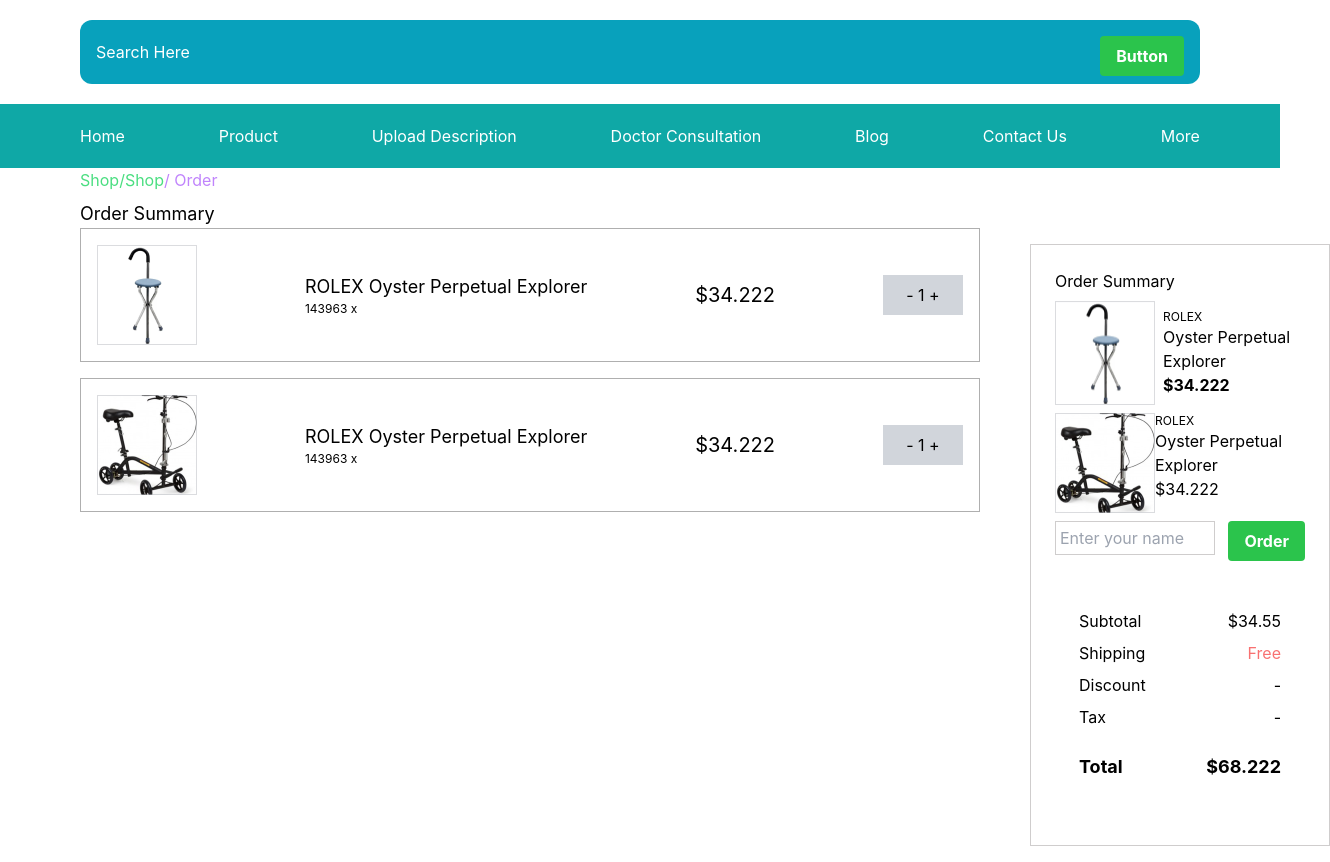
Repository: arafatmollah/pharma
Page: /
These files come from the project's save history. The page is drawn as it stood at one moment and after the next save; the edit follows.
The browser window is 1280 px wide. The page is 1330 px wide, so the pictures cover 1330 px, including what lies to the right of the window. The pictures show the whole page.
The project was rebuilt for these pictures with package versions that can differ from the ones it lists, and the page was loaded fresh each time.

Above is the page before, as saved 2023-03-12 23:42:25.

### src/App.js

import './App.css';
import Nav from './Nav';
import Order from './Order';

function App() {
  return (
    <div className="App">
      <Nav></Nav>
      <Order></Order>
    </div>
  );
}

export default App;

### src/App.css
.box-border{
    background-color: #08A1BC;
}
.btn {
    @apply font-bold py-2 px-4 rounded;
    background-color: #2BC44C;
    color: white;
  }
  .btn-blue {
    @apply bg-blue-500 text-white;
  }
  .btn-blue:hover {
    @apply bg-blue-700;
  }
.nav{
    background-color: #0FA8A6;
}
.order{
    border: 1px solid rgb(175, 175, 175);
    border: 100%;
}
.list{
  display: grid;
  grid-template-columns: 900px 300px;
  grid-gap: 50px;
}
.form{
  border: 1px solid rgb(207, 205, 205);
  padding: 4px;
}
lr{
  border-top: 1px sold gray;
}
.summary{
  border: 1px solid rgb(207, 205, 205);
}

### src/Nav.js
import React from 'react'
import './App.css';

function Nav() {
  return (
    <div>
        <div className='box-border h-16 w-100 p-4 mx-20 my-5 rounded-xl'>
          <div className='flex justify-between align-middle'>
                <p className='text-white mt-1'>Search Here</p>
                <button class="btn mb-1"> Button</button>
          </div>
        </div>
        <div className='box-border h-16 w-100 nav'>
            <div className='flex mx-20 items-center justify-between text-white'>
            <div className='mt-5'>Home</div>
            <div className='mt-5'> Product</div>
            <div className='mt-5'>Upload Description</div>
            <div className='mt-5'>Doctor Consultation</div>
            <div className='mt-5'>Blog</div>
            <div className='mt-5'>Contact Us</div>
            <div className='mt-5'>More</div>
            </div>
        </div>
    </div>
  )
}

export default Nav

### src/Order.js
import React from 'react'
import img from './images/img.png'
import im from './images/im.png'

function order() {
  return (
    <div>
        <div className='flex mx-20'>
            <p className='text-green-400'>Shop</p>
            <p className='text-green-400'>/Shop</p>
            <p className='text-purple-400'>/ Order</p>
        </div>
        <div className='mt-2 mx-20'>
          <h3 className='text-lg'>Order Summary</h3>
        </div>
        <div className='mx-20 list'>
          <div>
          <div className='flex border-box p-4 w-100 order justify-center items-center justify-between'>
            <div>
              <img src={img}></img>
            </div>
            <div>
              <h1 className='text-lg'>ROLEX Oyster Perpetual Explorer</h1>
              <p className='text-xs'>143963 x</p>
            </div>
            <div>
              <h3 className='text-xl'>$34.222</h3>
            </div>
            <div className='bg-gray-300 h-10 w-20 flex justify-center items-center'>
                - 1 +
              </div>
          </div>
          <div className='flex border-box p-4 order mt-4 justify-between justify-center items-center'>
            <div>
              <img src={im}></img>
            </div>
            <div>
              <h1 className='text-lg'>ROLEX Oyster Perpetual Explorer</h1>
              <p className='text-xs'>143963 x</p>
            </div>
            <div>
              <h3 className='text-xl'>$34.222</h3>
            </div>
            <div>
              <div className='bg-gray-300 h-10 w-20 flex justify-center items-center'>
                - 1 +
              </div>
            </div>
          </div>
          </div>
          <div className='summary p-6 my-4'>
            Order Summary
          <div className='flex justify-between my-2'>
            <img src={img}></img>
            <div className='mx-2 my-2'>
              <p className='text-xs'>ROLEX</p>
              <h3>Oyster Perpetual Explorer</h3>
              <p className='font-bold'>$34.222</p>
            </div>
          </div>
          <div className='flex justify-between my-2'>
            <img src={im}></img>
            <div>
              <p className='text-xs'>ROLEX</p>
              <h3>Oyster Perpetual Explorer</h3>
              <p>$34.222</p>
            </div>
          </div>
          <div className='flex justify-between'>
            <form>
              <input type={Text} className="form w-40" placeholder="Enter your name"></input>
            </form>
            <button className='btn'>Order</button>
          </div>
          <div className='my-4 p-6'>
            <div className='flex justify-between my-2'>
              <p>Subtotal</p>
              <p>$34.55</p>
            </div>
            <div className='flex justify-between'>
              <p>Shipping</p>
              <p className='text-red-400'>Free</p>
            </div>
            <div className='flex justify-between my-2'>
              <p>Discount</p>
              <p>-</p>
            </div>
            <div className='flex justify-between'>
              <p>Tax</p>
              <p>-</p>
            </div>
            <div className='flex justify-between'>
              <lr></lr>
            </div><div className='flex justify-between mt-6'>
              <p className='text-lg font-bold'>Total</p>
              <p className='text-lg font-bold'>$68.222</p>
            </div>

          </div>
        </div>
        </div>

    </div>
  )
}

export default order

Loaded but not shown: public/index.html (common file); src/index.js (common file); src/index.css (common file); src/reportWebVitals.js (common file); tailwind.config.js (common file)

After the next save:
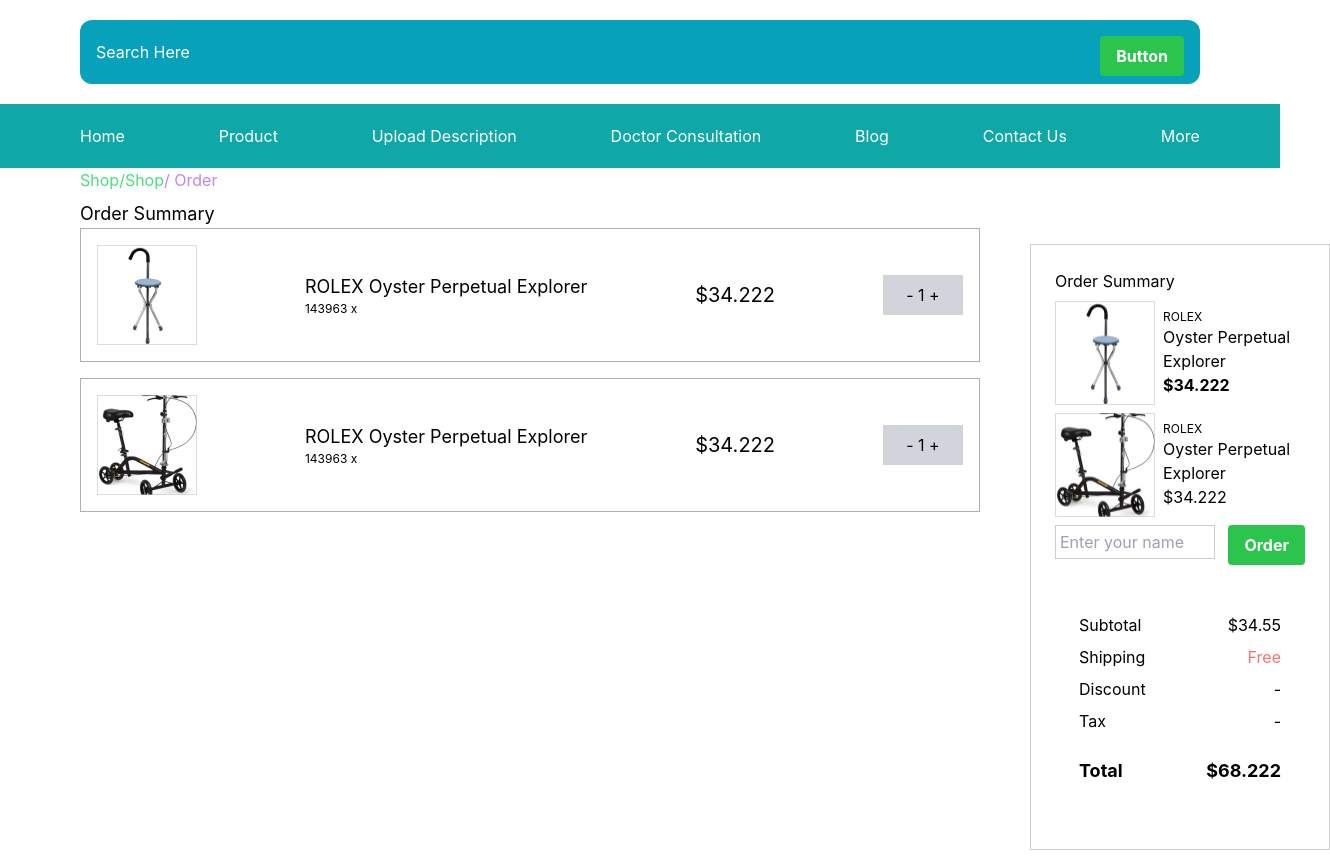
Saved 2 min 39 s later.
--- a/src/Order.js
+++ b/src/Order.js
@@ -60,7 +60,7 @@ function order() {
           </div>
           <div className='flex justify-between my-2'>
             <img src={im}></img>
-            <div>
+            <div className='m-2'>
               <p className='text-xs'>ROLEX</p>
               <h3>Oyster Perpetual Explorer</h3>
               <p>$34.222</p>
